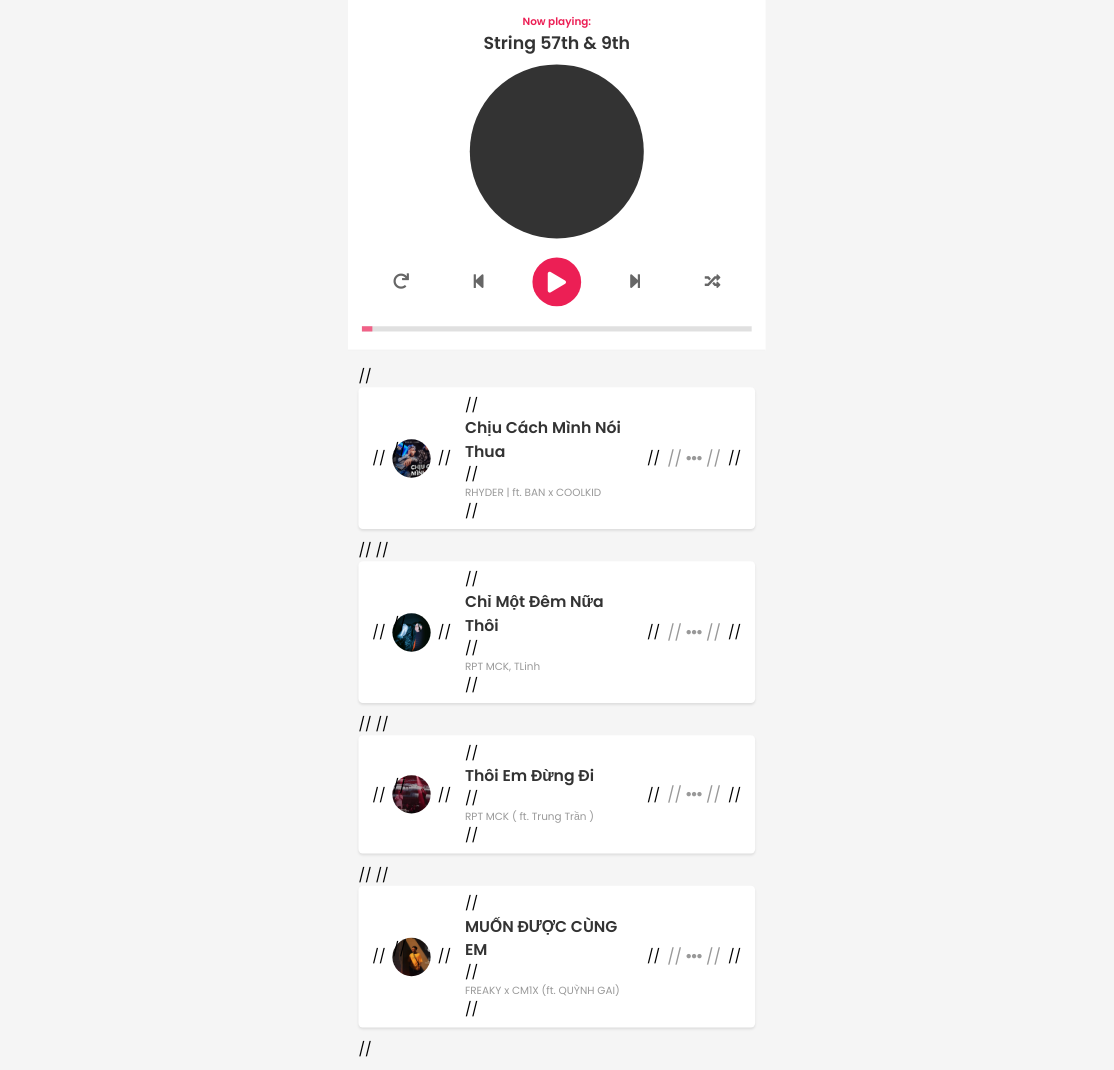
Repository: ChiNg22nd04/MusicPlayer
Page: index.html
These files come from the project's save history. The page is drawn as it stood at one moment and after a run of saves; the edit follows.
The browser window is 1280 px wide. The pictures show the whole page, at 87% of full size.

Above is the page before, as saved 2023-12-29 22:09:59.

After the next 3 saves:
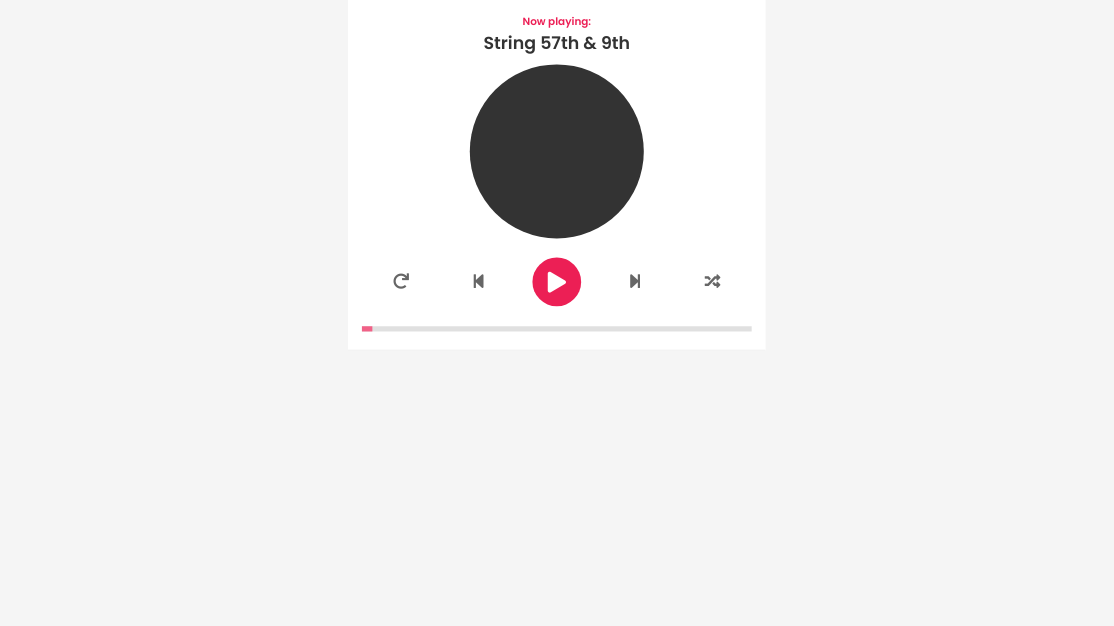
The 3 saves are shown as one change because they came seconds apart.
The last was saved 11 s later.
--- a/index.html
+++ b/index.html
@@ -92,20 +92,6 @@
       ],
       render: function() {
           const htmls = this.listSong.map((song) => {
-            return `
-              //     <div class="song">
-              //         <div class="thumb"
-              //             style="background-image: url('${song.img}');">
-              //         </div>
-              //         <div class="body">
-              //             <h3 class="title">${song.name}</h3>
-              //             <p class="author">${song.singer}</p>
-              //         </div>
-              //         <div class="option">
-              //             <i class="fas fa-ellipsis-h"></i>
-              //         </div>
-              //     </div>
-              // `
               // return
               // `
               //     <div class="song">
